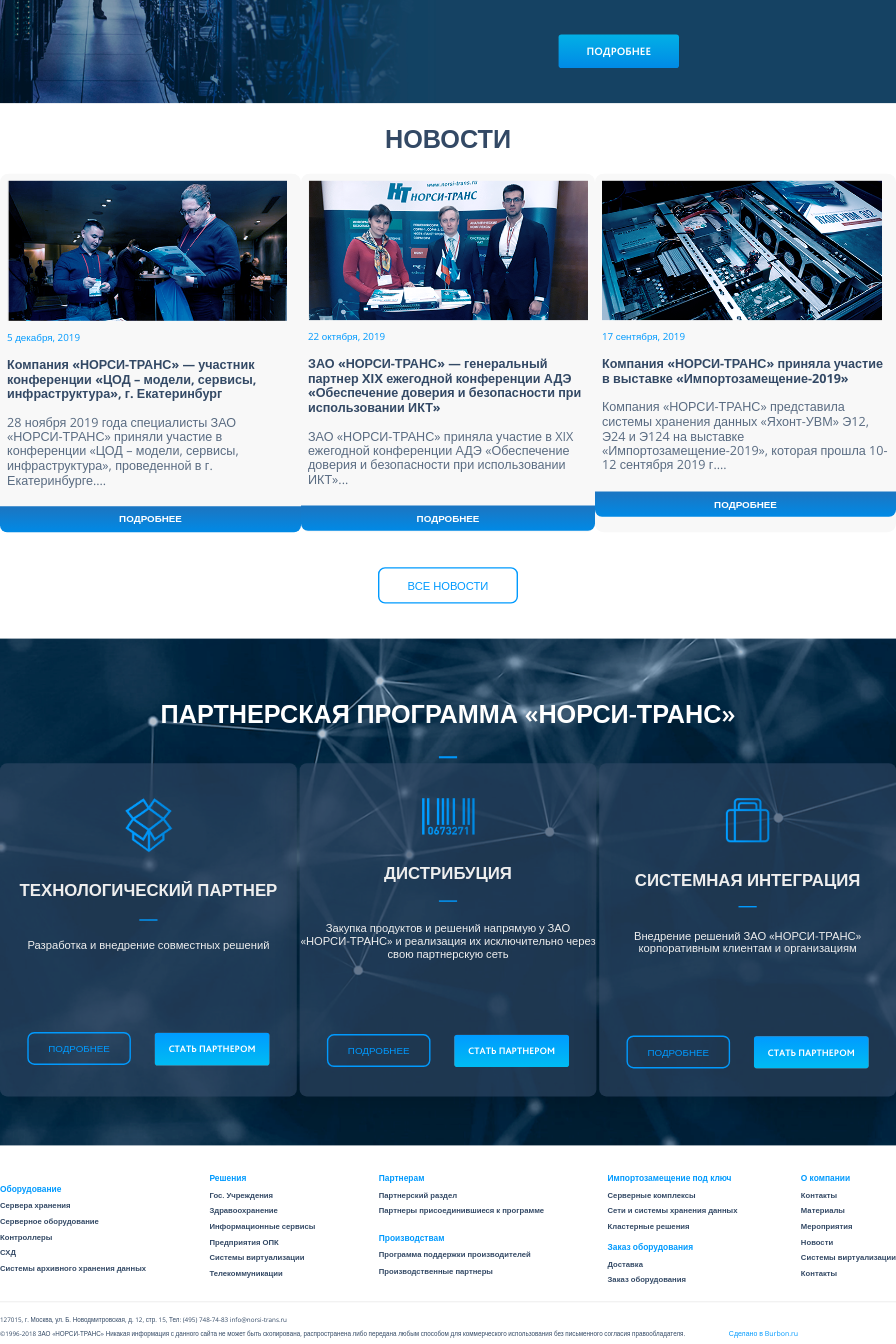
Repository: frostnn/testTaskBurbon
Page: app/index.html
The author's editor kept a copy of each file at every save. The page is drawn from the files as they stood at one save, then again after the next save.
The browser window is 1280 px wide. The pictures show the part of the page from y = 1435 to 3355 px (the page is 3355 px tall before and 3350 px after), at 70% of full size.
The style sheet was rebuilt from its Sass, Less or Tailwind sources for each picture, by a compiler version that may differ from the author's.

Above is the page before, as saved 2020-07-16 09:56:44.

### app/index.html
<!DOCTYPE html>
<html lang="en">
<head>
  <meta charset="UTF-8">
  <meta name="viewport" content="width=device-width, initial-scale=1.0">
  <meta http-equiv="X-UA-Compatible" content="ie=edge">
  <link rel="stylesheet" href="css/style.min.css">
  <title>Test task</title>
</head>
<body>
  <div class="bg-test">
    <header class="header">
        <div class="header-logo">
          <img src="./img/NT_logo_color.png" alt="Логотип" class="header-logo__img">
        </div>
        <nav class="header-nav">
          <ul class="header-nav__list">
            <li class="header-nav__list-item">
              <a href="#" class="header-nav__list-link">оборудование</a>
            </li>
            <li class="header-nav__list-item">
              <a href="#" class="header-nav__list-link">решения</a>
            </li>
            <li class="header-nav__list-item">
              <a href="#" class="header-nav__list-link">партнерам</a>
            </li>
            <li class="header-nav__list-item">
              <a href="#" class="header-nav__list-link">производствам</a>
            </li>
            <li class="header-nav__list-item">
              <a href="#" class="header-nav__list-link">импортозамещение под ключ</a>
            </li>
            <li class="header-nav__list-item">
              <a href="#" class="header-nav__list-link">заказ оборудования</a>
            </li>
            <li class="header-nav__list-item">
              <a href="#" class="header-nav__list-link">о компании</a>
            </li>
          </ul>
        </nav>
        <div class="header-search">
          <img src="./img/search.png" alt="Поиск" class="header-search__img">
        </div>
    </header>
    <section class="slider">
      <div class="slider-block">
        <div class="slider-block__content">
          <h1 class="slider-block__content-title">Яхонт-увм э24</h1>
          <p class="slider-block__content-text">
            программно-аппаратный комплекс высокопроизводительной загрузки <br>
            и накопления массивов CDR/IPDR данных, выполнения задач<br>
            по их обработке
          </p>
          <a href="#" class="slider-block__content-link btn">Подробнее</a>
        </div>
        <div class="slider-block__content">
          <h1 class="slider-block__content-title">Яхонт-увм э24</h1>
          <p class="slider-block__content-text">
            программно-аппаратный комплекс высокопроизводительной загрузки <br>
            и накопления массивов CDR/IPDR данных, выполнения задач<br>
            по их обработке
          </p>
        <!--  <img src="./img/VPS.png" alt="" class="slider-block__content-img"> -->
          <a href="#" class="slider-block__content-link btn">Подробнее</a>
        </div>
        <div class="slider-block__content">
          <h1 class="slider-block__content-title">Яхонт-увм э24</h1>
          <p class="slider-block__content-text">
            программно-аппаратный комплекс высокопроизводительной загрузки <br>
            и накопления массивов CDR/IPDR данных, выполнения задач<br>
            по их обработке
          </p>
          <a href="#" class="slider-block__content-link btn">Подробнее</a>
        </div>
      </div>
    </section>
  </div>
  <section class="industries">
    <h2 class="industries-title">Наши отрасли</h2>
    <div class="industries-block">
      <div class="industries-block__content">
        <img src="./img/healths.png" alt="healths" class="industries-block__content-img">
        <h3 class="industries-block__content-title">Здравоохранение</h3>
        <p class="industries-block__content-text">
          Системы хранения данных. Интеграция
          в действующую ИКТ-структуру. Программно-аппаратный комплекс «Яхонт-ЭМК»,
          предназначенный для хранения и ведения медицинских интегрированных архивов
        </p>
        <a href="" class="industries-block__content-link">Подробнее</a>
      </div>
      <div class="industries-block__content">
        <img src="./img/gov.png" alt="government" class="industries-block__content-img">
        <h3 class="industries-block__content-title">Здравоохранение</h3>
        <p class="industries-block__content-text">
          Системы хранения данных. Интеграция
          в действующую ИКТ-структуру. Программно-аппаратный комплекс «Яхонт-ЭМК»,
          предназначенный для хранения и ведения медицинских интегрированных архивов
        </p>
        <a href="" class="industries-block__content-link">Подробнее</a>
      </div>
      <div class="industries-block__content">
        <img src="./img/telecom.png" alt="telecom" class="industries-block__content-img">
        <h3 class="industries-block__content-title">Здравоохранение</h3>
        <p class="industries-block__content-text">
          Системы хранения данных. Интеграция
          в действующую ИКТ-структуру. Программно-аппаратный комплекс «Яхонт-ЭМК»,
          предназначенный для хранения и ведения медицинских интегрированных архивов
        </p>
        <a href="" class="industries-block__content-link">Подробнее</a>
      </div>
      <div class="industries-block__content">
        <img src="./img/opk.png" alt="opk" class="industries-block__content-img">
        <h3 class="industries-block__content-title">Здравоохранение</h3>
        <p class="industries-block__content-text">
          Системы хранения данных. Интеграция
          в действующую ИКТ-структуру. Программно-аппаратный комплекс «Яхонт-ЭМК»,
          предназначенный для хранения и ведения медицинских интегрированных архивов
        </p>
        <a href="#" class="industries-block__content-link">Подробнее</a>
      </div>
    </div>
  </section>
  <main class="production">
    <div class="production-wrapper">
      <div class="production-block">
        <h2 class="production-block__title">Производственный комплекс</h2>
        <p class="production-block__text">
          Компания «НОРСИ-ТРАНС» осуществляет свою деятельность в соответствии с Уставом <br>
          и имеет все необходимые лицензии для разработки, производства и реализации технических средств.<br>
          Система менеджмента качества применительно к полному комплексу<br>
          строительно-монтажных услуг на объектах связи и оказанию <br>
          телекоммуникационных услуг компании «НОРСИ-ТРАНС» соответствует <br>
          требованиям ГОСТ Р ИСО 9001-2015 (ИСО 9000:2015) и является максимально клиентоориентированной
        </p>
        <a href="#" class="production-block__link btn">подробнее</a>
      </div>
    </div>
  </main>
  <section class="news">
    <h2 class="news-title">Новости</h2>
      <div class="news-block">
        <div class="news-block__content">
          <img src="./img/news_1.png" alt="news_img" class="news-block__content-img">
          <span class="news-block__content-date">5 декабря, 2019</span>
          <h4 class="news-block__content-title">
            Компания «НОРСИ-ТРАНС» — участник конференции «ЦОД – модели,
            сервисы, инфраструктура», г. Екатеринбург
          </h4>
          <p class="news-block__content-text">
            28 ноября 2019 года специалисты ЗАО «НОРСИ-ТРАНС»
            приняли участие в конференции «ЦОД – модели, сервисы,
            инфраструктура», проведенной в г. Екатеринбурге.…
          </p>
          <a href="#" class="news-block__content-link">Подробнее</a>
        </div>
          <div class="news-block__content">
            <img src="./img/news_2.png" alt="news_img" class="news-block__content-img">
            <span class="news-block__content-date">22 октября, 2019</span>
            <h4 class="news-block__content-title">
              ЗАО «НОРСИ-ТРАНС» — генеральный партнер XIX
              ежегодной конференции АДЭ «Обеспечение доверия
              и безопасности при использовании ИКТ»
            </h4>
            <p class="news-block__content-text">
              ЗАО «НОРСИ-ТРАНС» приняла участие в XIX ежегодной конференции
              АДЭ «Обеспечение доверия и безопасности при использовании ИКТ»...
            </p>
            <a href="#" class="news-block__content-link">Подробнее</a>
          </div>
          <div class="news-block__content">
            <img src="./img/news_3.png" alt="news_img" class="news-block__content-img">
            <span class="news-block__content-date">17 сентября, 2019</span>
            <h4 class="news-block__content-title">
              Компания «НОРСИ-ТРАНС» приняла участие
              в выставке «Импортозамещение-2019»
            </h4>
            <p class="news-block__content-text">
              Компания «НОРСИ-ТРАНС» представила системы хранения данных
              «Яхонт-УВМ» Э12, Э24 и Э124 на выставке «Импортозамещение-2019»,
              которая прошла 10-12 сентября 2019 г.…
            </p>
            <a href="#" class="news-block__content-link">Подробнее</a>
          </div>
      </div>
      <div class="btn-wrapper">
        <button class="news-btn">Все новости</button>
      </div>
  </section>
  <section class="program">
    <div class="program-wrapper">
      <h2 class="program-title">Партнерская программа «НОРСИ-ТРАНС» </h2>
      <div class="program-block__wrapper">
        <div class="program-block">
          <img src="./img/box.png" alt="box" class="program-block__img">
          <h5 class="program-block__title">Технологический партнер</h5>
          <p class="program-block__text">Разработка и внедрение совместных решений </p>
          <div class="program-block__btn">
            <a href="#" class="program-block__btn-link">подробнее</a>
            <button class="program-block__btn-btn btn">стать партнером</button>
          </div>
        </div>
        <div class="program-block">
          <img src="./img/code.png" alt="box" class="program-block__img">
          <h5 class="program-block__title">Дистрибуция</h5>
          <p class="program-block__text">
            Закупка продуктов и решений напрямую у ЗАО «НОРСИ-ТРАНС»
            и реализация их исключительно через свою партнерскую сеть
          </p>
          <div class="program-block__btn">
            <a href="#" class="program-block__btn-link">подробнее</a>
            <button class="program-block__btn-btn btn">стать партнером</button>
          </div>
        </div>
        <div class="program-block">
          <img src="./img/case.png" alt="box" class="program-block__img">
          <h5 class="program-block__title">Системная интеграция</h5>
          <p class="program-block__text">
            Внедрение решений ЗАО «НОРСИ-ТРАНС»
            корпоративным клиентам и организациям
          </p>
          <div class="program-block__btn">
            <a href="#" class="program-block__btn-link">подробнее</a>
            <button class="program-block__btn-btn btn">стать партнером</button>
          </div>
        </div>
      </div>
    </div>
  </section>
  <footer class="footer">
    <div class="footer-nav">
      <div class="equipment-block">
        <ul class="equipment-block__list">
          <li class="equipment-block__list-title">Оборудование</li>
          <li class="equipment-block__list-item"> <a href="#" class="equipment-block__item-link"> Сервера хранения</a></li>
          <li class="equipment-block__list-item"> <a href="#" class="equipment-block__item-link">Серверное оборудование</a></li>
          <li class="equipment-block__list-item"> <a href="#" class="equipment-block__item-link"> Контроллеры</a></li>
          <li class="equipment-block__list-item"> <a href="#" class="equipment-block__item-link">СХД</a></li>
          <li class="equipment-block__list-item"> <a href="#" class="equipment-block__item-link">Системы архивного хранения данных</a></li>
        </ul>
      </div>
      <div class="decisions-block">
        <ul class="decisions-block__list">
          <li class="decisions-block__list-title">Решения</li>
          <li class="decisions-block__list-item"> <a href="#" class="decisions-block__item-link"> Гос. Учреждения</a></li>
          <li class="decisions-block__list-item"> <a href="#" class="decisions-block__item-link">Здравоохранение</a></li>
          <li class="decisions-block__list-item"> <a href="#" class="decisions-block__item-link">Информационные сервисы</a></li>
          <li class="decisions-block__list-item"> <a href="#" class="decisions-block__item-link">Предприятия ОПК</a></li>
          <li class="decisions-block__list-item"> <a href="#" class="decisions-block__item-link">Системы виртуализации</a></li>
          <li class="decisions-block__list-item"> <a href="#" class="decisions-block__item-link">Телекоммуникации</a></li>
        </ul>
      </div>
      <div class="partners-block">
        <ul class="partners-block__list">
          <li class="partners-block__list-title">Партнерам</li>
          <li class="partners-block__list-item"> <a href="#" class="partners-block__item-link">Партнерский раздел</a></li>
          <li class="partners-block__list-item"> <a href="#" class="partners-block__item-link">Партнеры присоединившиеся к программе</a></li>
        </ul>
        <ul class="productions-block__list">
          <li class="productions-block__list-title">Производствам</li>
          <li class="productions-block__list-item"> <a href="#" class="productions-block__item-link">Программа поддержки производителей</a></li>
          <li class="productions-block__list-item"> <a href="#" class="productions-block__item-link">Производственные партнеры</a></li>
        </ul>
      </div>
      <div class="import-block">
        <ul class="import-block__list">
          <li class="import-block__list-title">Импортозамещение под ключ</li>
          <li class="import-block__list-item"> <a href="#" class="import-block__item-link"> Серверные комплексы</a></li>
          <li class="import-block__list-item"> <a href="#" class="import-block__item-link">Сети и системы хранения данных</a></li>
          <li class="import-block__list-item"> <a href="#" class="import-block__item-link">Кластерные решения</a></li>
        </ul>
        <ul class="equipment-block__list">
          <li class="equipment-block__list-title">Заказ оборудования</li>
          <li class="equipment-block__list-item"> <a href="#" class="equipment-block__item-link">Доставка</a></li>
          <li class="equipment-block__list-item"> <a href="#" class="equipment-block__item-link">Заказ оборудования</a></li>
        </ul>
      </div>
      <div class="nav-block">
        <ul class="nav-block__list">
          <li class="nav-block__list-title" >О компании</li>
          <li class="nav-block__list-item" > <a href="#" class="nav-block__item-link">Контакты</a></li>
          <li class="nav-block__list-item" > <a href="#" class="nav-block__item-link">Материалы</a></li>
          <li class="nav-block__list-item" > <a href="#" class="nav-block__item-link">Мероприятия</a></li>
          <li class="nav-block__list-item" > <a href="#" class="nav-block__item-link">Новости</a></li>
          <li class="nav-block__list-item" > <a href="#" class="nav-block__item-link">Системы виртуализации</a></li>
          <li class="nav-block__list-item" > <a href="#" class="nav-block__item-link">Контакты</a></li>
        </ul>
      </div>
    </div>
    <div class="subfooter">
      <p class="subfooter-contacts">
        127015, г. Москва, ул. Б. Новодмитровская,
        д. 12, стр. 15, Тел: <a href="tel:(495) 748-74-83" class="subfooter-contacts__link">(495) 748-74-83</a> <a href="mailto:info@norsi-trans.ru" class="subfooter-contacts__link">info@norsi-trans.ru</a>
      </p>
      <p class="subfooter-info">
        ©1996-2018 ЗАО «НОРСИ-ТРАНС» Никакая информация с данного сайта не может быть скопирована,
        распространена либо передана любым способом для коммерческого использования без письменного согласия правообладателя.
        <a href="https://burbon.ru/" class="subfooter-link">Сделано в Burbon.ru</a>
      </p>

    </div>
  </footer>
  <script src="https://ajax.googleapis.com/ajax/libs/jquery/3.4.1/jquery.min.js"></script>
  <script src="js/libs.min.js"></script>
  <script src="js/main.js"></script>
</body>
</html>

### app/scss/_vars.scss
$white: #fff;
$blue: #019afe;

### app/scss/_fonts.scss
@import url('https://fonts.googleapis.com/css2?family=Open+Sans:wght@300;400;600;700;800&display=swap');
@font-face {
  font-family: 'Bliss Pro Bold';
  src: url('../fonts/BlissPro-Bold.eot');
  src: url('../fonts/BlissPro-Bold.eot?#iefix') format('embedded-opentype'),
  url('../fonts/BlissPro-Bold.woff') format('woff'),
  url('../fonts/BlissPro-Bold.ttf') format('truetype');
  font-weight: normal;
  font-style: normal;
  }

### app/scss/_global.scss
html {
  box-sizing: border-box;
}
body {
  font-family: 'Open Sans', sans-serif;
}
*,
*::before,
*::after {

  box-sizing: inherit;
}
a {
  display: inline;
  text-decoration: none;
  color: #fff;
}
ul,
li {
  list-style: none;
  margin: 0;
  padding: 0;
}

### app/scss/_media.scss
@media (max-width: 1452px) {
  .footer,
  .news,
  .industries,
  .production-wrapper,
  .program-wrapper,
  .header,
  .slider {
    max-width: 1350px;
  }
  .header-nav__list {
    .header-nav__list-item {
      margin-right: 30px;
    }
    .header-nav__list-link {
      font-size: 12px;
    }
  }
  .slider-block__content-title {
    font-size: 42px;
  }
  .slider-block__content-text {
    font-size: 18px;
  }
  .industries-block__content {
    max-width: 320px;
    .industries-block__content-title {
      font-size: 16px;
    }
    .industries-block__content-text {
      font-size: 14px;
    }
    .industries-block__content-img {
      max-width: 320px;
    }
  }
  .production {
    background-position: center;
  }
  .news-block__content {
    max-width: 430px;
    .news-block__content-img {
      max-width: 420px;
    }
    .news-block__content-title {
      font-size: 18px;

    }
    .news-block__content-date {
      font-size: 14px;

    }
    .news-block__content-text {
      margin-top: 0;
      padding: 10px;
      font-weight: 300;
      font-size: 18px;
      color:  #5a6c82;
    }
  }
  .program-block {
    width: 424px;
  }
  .program-block .program-block__btn-btn {
    padding: 15px 20px;
  }
  .program-block .program-block__btn-link {
    padding: 12px 28px;
  }
  .footer-nav {
    .equipment-block__list-title,
    .decisions-block__list-title,
    .partners-block__list-title,
    .productions-block__list-title,
    .import-block__list-title,
    .equipment-block__list-title,
    .nav-block__list-title {
      font-size: 12px;
    }
    a {
      font-size: 11px;
    }
  }
  .subfooter {
    .subfooter-contacts {
      font-size: 9px;
    }
    .subfooter-info{
      font-size: 9px;
    }
    .subfooter-link {
      font-size: 10px;
      margin-left: 60px;
    }
  }
}
@media (max-width: 1360px) {
  .footer,
  .news,
  .industries,
  .production-wrapper,
  .program-wrapper,
  .header,
  .slider {
    max-width: 1280px;
  }
  .industries-block__content {
    max-width: 300px;
    .industries-block__content-img {
      max-width: 300px;
    }
  }
}

Loaded but not shown: app/js/libs.min.js (library); app/js/main.js (5 lines, source omitted); app/scss/style.scss (456 lines, source omitted); app/scss/_libs.scss (469 lines, source omitted)

After the next save:
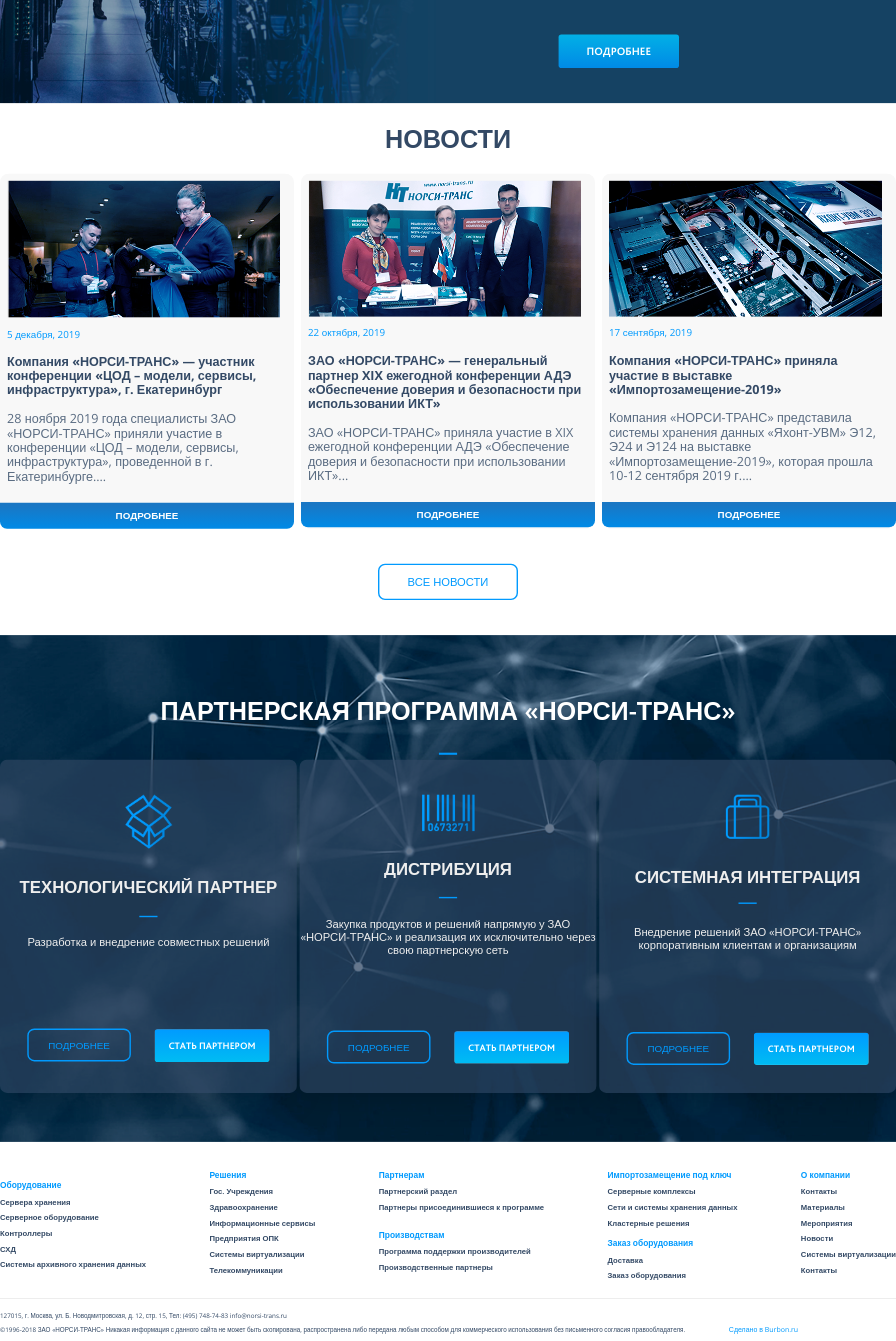
Saved 113 s later.
--- a/app/scss/_media.scss
+++ b/app/scss/_media.scss
@@ -51,11 +51,7 @@
 
     }
     .news-block__content-text {
-      margin-top: 0;
-      padding: 10px;
-      font-weight: 300;
       font-size: 18px;
-      color:  #5a6c82;
     }
   }
   .program-block {
@@ -110,4 +106,10 @@
       max-width: 300px;
     }
   }
+  .news-block__content {
+    max-width: 420px;
+    .news-block__content-img {
+      max-width: 410px;
+    }
+  }
 }
